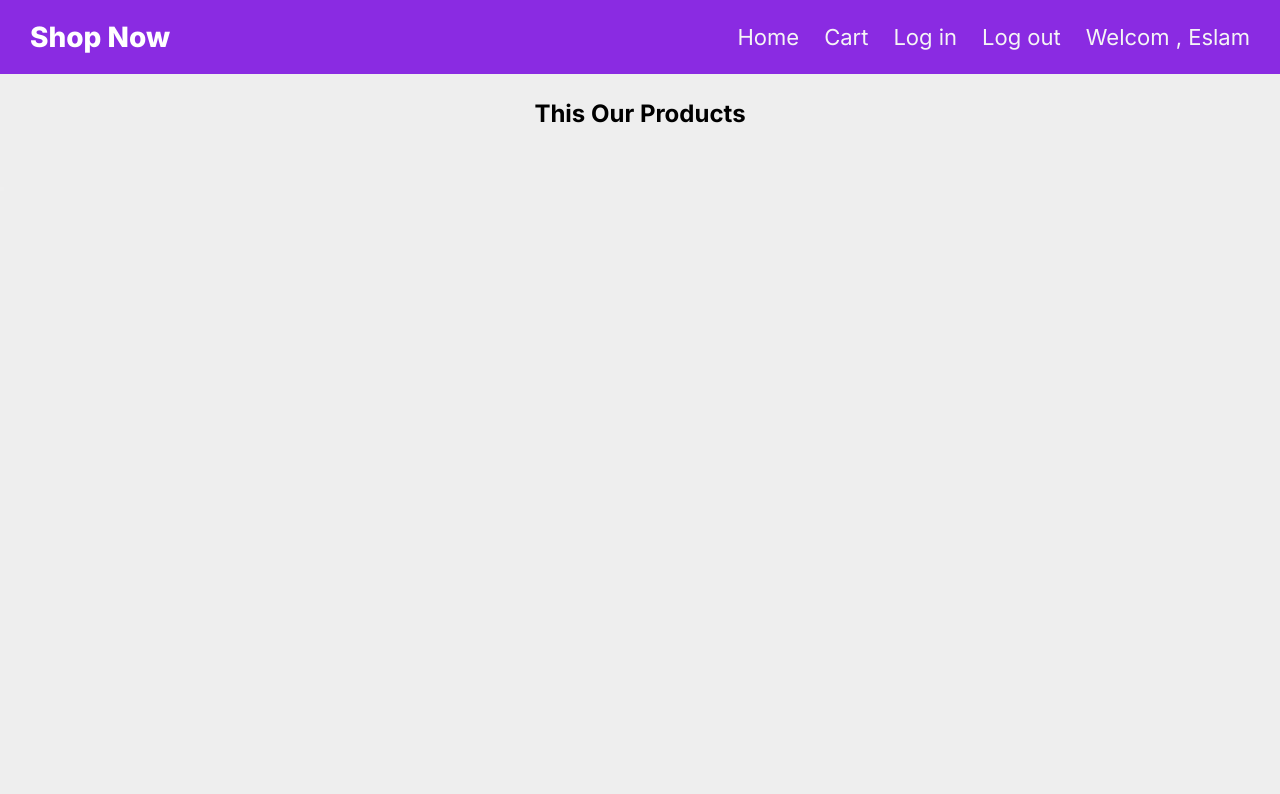
Repository: Eslam0Mohamed/simple-ecommerce-auth
Page: index.html
The author's editor kept a copy of each file at every save. The page is drawn from the files as they stood at one save, then again after a run of saves.
The browser window is 1280 px wide. The pictures show the whole page.
The page's requests for data from a server got no answer.

Above is the page before, as saved 2026-01-23 23:43:00.

### index.html
<!DOCTYPE html>
<html lang="en">

<head>
    <meta charset="UTF-8">
    <meta name="viewport" content="width=device-width, initial-scale=1.0">
    <title>Home</title>
    <link rel="stylesheet" href="style/style.css">
    <link rel="preconnect" href="https://fonts.googleapis.com">
    <link rel="preconnect" href="https://fonts.gstatic.com" crossorigin>
    <link
        href="https://fonts.googleapis.com/css2?family=Inter:ital,opsz,wght@0,14..32,100..900;1,14..32,100..900&family=Lora:ital,wght@0,400..700;1,400..700&display=swap"
        rel="stylesheet">
</head>

<body>
    <nav class="navbar">
        <div class="logo">Shop Now</div>
        <div class="nav-list">
            <ul>
                <li>
                    <a href="index.html">Home</a>
                </li>
                <li>
                    <a href="cart.html">Cart</a>
                </li>
                <li>
                    <a href="login.html">Log in</a>
                </li>
                <li>
                    <a href="login.html">Log out</a>
                </li>
                <li>Welcom , Eslam </li>
            </ul>
        </div>
    </nav>
    <main>
        <section class="home" id="home">
            <h1>This Our Products </h1>
            <div class="container">
                <div class="products">

                </div>
            </div>
        </section>
        <div class="pagination">
<button></button>
        </div>
    </main>
    <script src="javaScript/main.js"></script>
</body>

</html>

### style/style.css
*{
    padding: 0;
    margin: 0;
    box-sizing: border-box;
}

body{
      font-family: "Inter", sans-serif;
}
span,a{
display: inline-block;
}
ul{
    list-style: none;
}
img{
    width: 100%;
    height: 100%;
}
a{
    text-decoration: none;
    color: inherit;
}

.navbar{
    padding: 20px 30px;
    background-color: blueviolet;
    display: flex;
    justify-content: space-between;
    align-items: center;
}
.logo{
    font-size: 28px;
    color: white;
    text-transform: capitalize;
    font-weight: 800;
    cursor: pointer;
}
.nav-list ul{
    display: flex;
    gap: 25px;
}
.nav-list ul li {
color: whitesmoke;
font-size: 22px;
font-weight: 400;
/* transition: all 3s; */
}
.nav-list ul li:hover{
    border-bottom: 1px solid black;
}
main{
    background-color: #eee;
    width: 100%;
    min-height: 100vh;
}
main h1{
    text-align: center;
    font-weight: bold;
    padding: 25px 15px;
}
.container{
    width: 70%;
    margin:auto;
}
.products{
display: grid;
grid-template-columns: repeat(auto-fill,minmax(250px,1fr));
gap: 15px;
margin-top: 20px;
}
.product-box{
    background-color: white;
    border-radius: 24px;
    overflow: hidden;
}
.product-box img{
    width: 100%;
    height: 250px;
}
 .product-box .text-container{
    padding: 10px 15px;
    display: flex;
    justify-content: center;
    align-items: center;
    /* gap: 10px; */
    flex-direction: column;
}
.proudct-name{
    background-color: #eee;
    padding: 10px 15px;
    color: black;
    border-radius: 14px;
    font-size: 15px;
    text-align: center;
}
.product-price{
   color:blueviolet;
    padding: 8px 15px;
    border-radius: 4px;
    font-weight: 500;
    font-size: 18px;
}
.add-to-cart-button{
    border: 2px solid #eee;
    background-color: blueviolet;
    color: #eee;
    padding: 8px 20px;
    border-radius: 10px;
    font-size: 18px;
    transition: all 0.3s;
    cursor: pointer;
}
.add-to-cart-button:hover{
    background-color: white;
    color: blueviolet;

}

### javaScript/main.js
// * Varibles
const products = document.querySelector(".products")
// console.log(products);

//* Api
async function getProducts() {

    try {
        const response = await fetch("https://dummyjson.com/products")
        //console.log(response);                   // display response
        if (!response.ok) {
            throw Error("Error From Server")
        }
        const { products } = await response.json()
        console.log(products);                   // display products
        displaydProducts(products)
    } catch (error) {
        console.log(error);                       // display errors
        // alert("Eror In Calling Api ")
    }
}
getProducts()


function displaydProducts(productsData) {
    let productsContainer = ""
    for (var product of productsData) {
        productsContainer += `
                            <div class="product-box">
                            <img src="${product.images[0]}" alt="product image" class="product-image">
                        <div class="text-container">
                            <h3 class="proudct-name">${product.title}</h3>
                            <span class="product-price">${product.price}</span>
                            <button class="add-to-cart-button">Add To Cart</button>
                        </div>
                    </div>

        `
    }
    // console.log(productsContainer);

  products.innerHTML = productsContainer

}


// * Function



// * Events

After the next 3 saves:
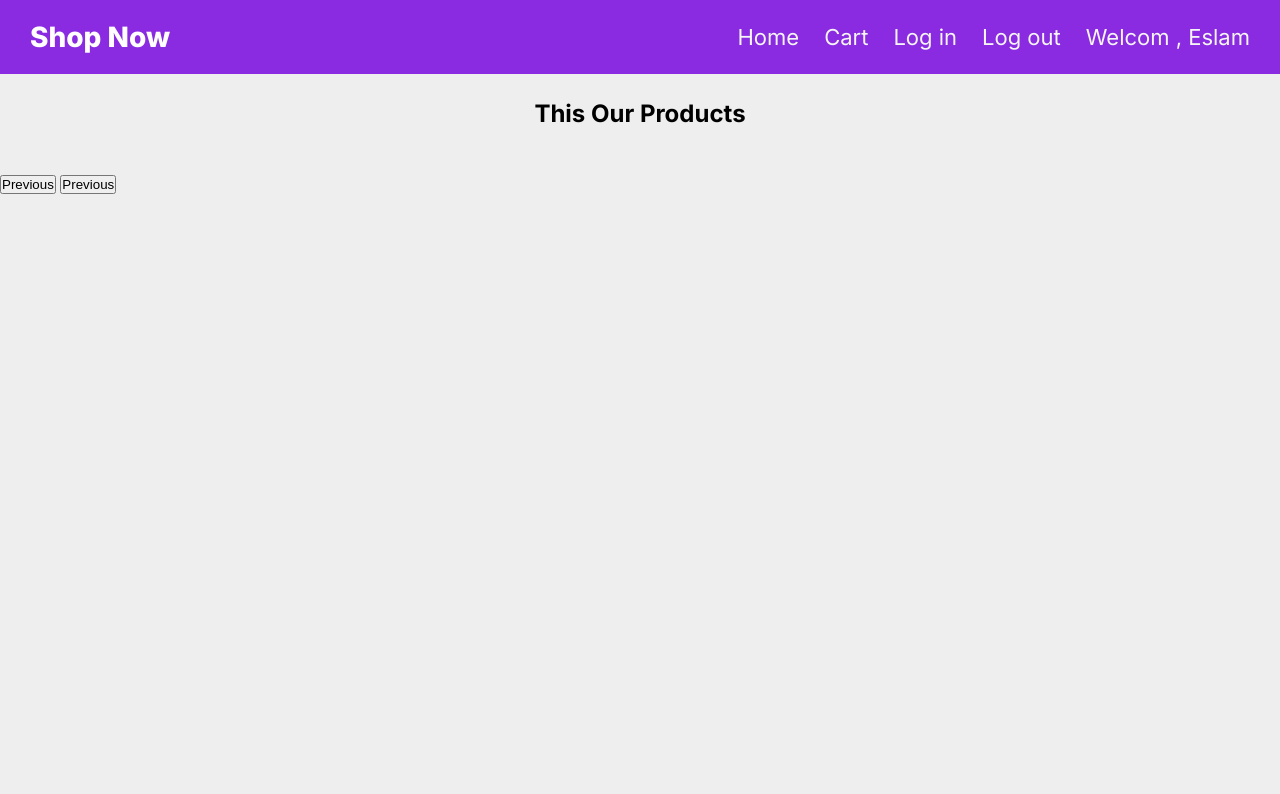
The 3 saves are shown as one change because they came seconds apart.
The last was saved 8 s later.
--- a/index.html
+++ b/index.html
@@ -44,7 +44,8 @@
             </div>
         </section>
         <div class="pagination">
-<button></button>
+<button>Previous</button>
+<button>Previous</button>
         </div>
     </main>
     <script src="javaScript/main.js"></script>
